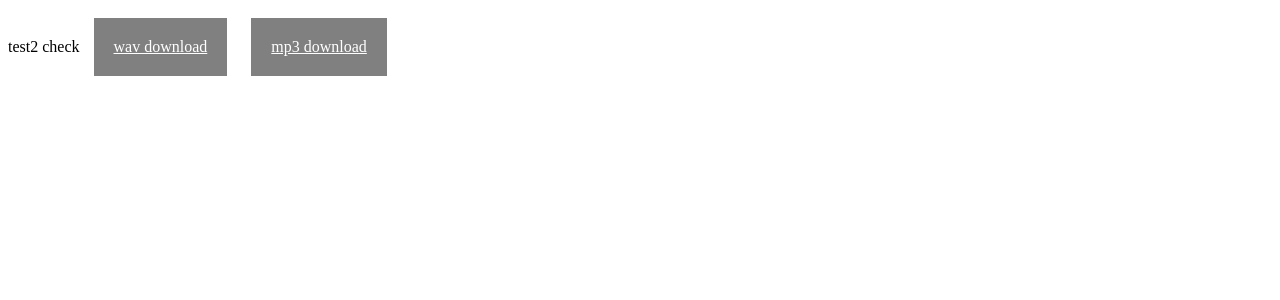
Repository: msminsu/msminsu.github.io
Page: test.html
The author's editor kept a copy of each file at every save. The page is drawn from the files as they stood at one save, then again after the next save.
The browser window is 1280 px wide. The pictures show the whole page.

Above is the page before, as saved 2018-07-23 10:56:19.

After the next save:
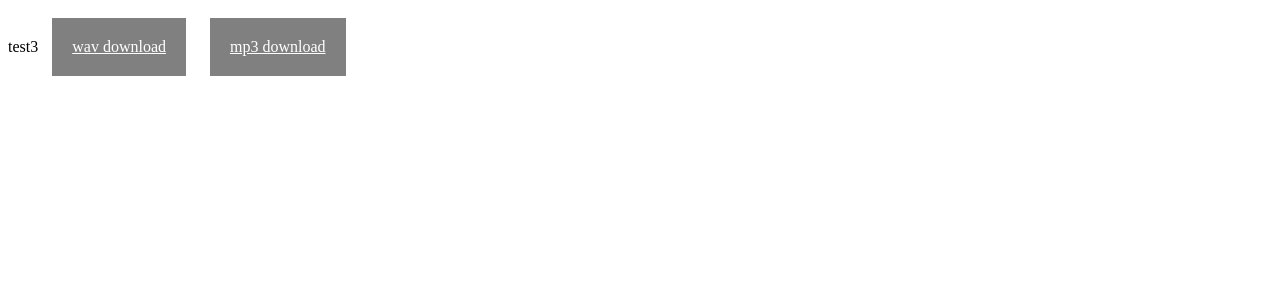
Saved 2 h 46 min later.
--- a/test.html
+++ b/test.html
@@ -8,7 +8,7 @@
     </style>
 </head>
 <body>
-test2 check
+test3
 <a href="amp3.mp3" class="">wav download</a>
 <a href="awav.wav" class="">mp3 download</a>
 </body>
